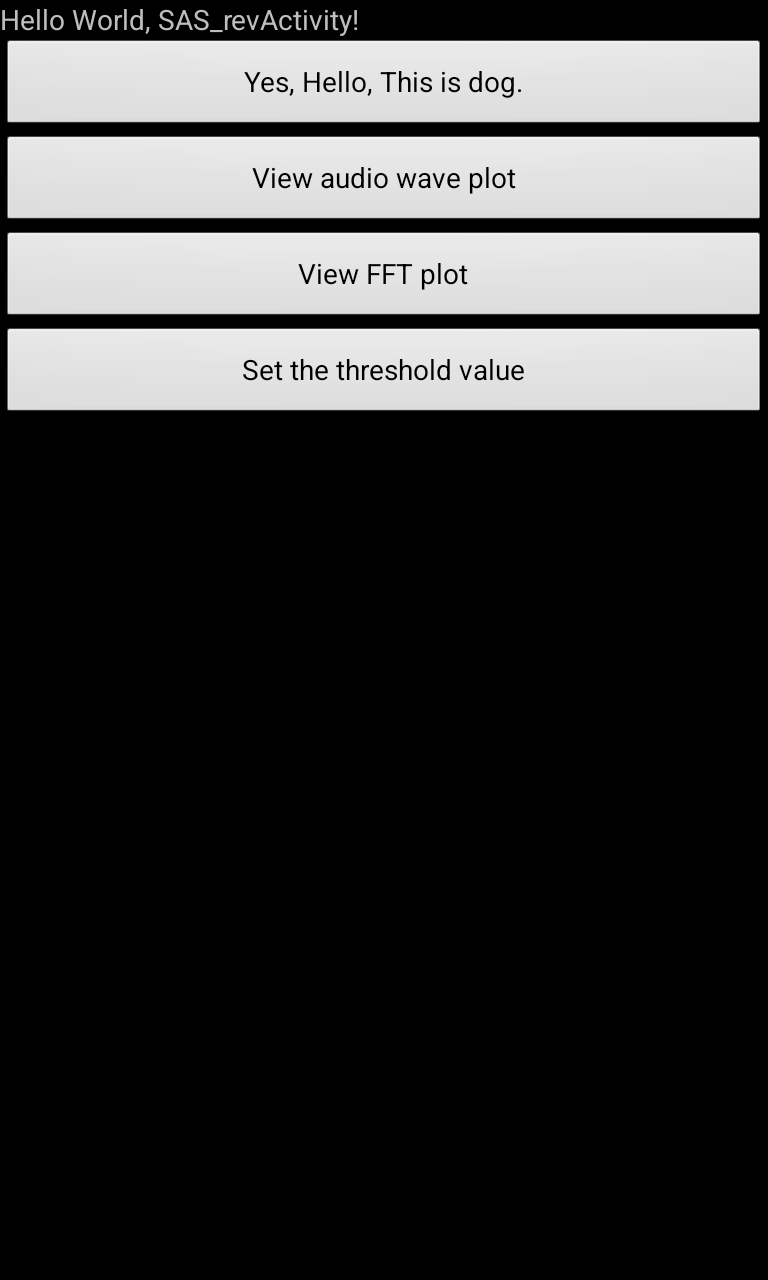
Repository: RaabsIn513/eclipse_workspace
Layout: SAS_rev/res/layout/main.xml
An editor plug-in stored every save of this project. The layout is shown before and after the next save, followed by the edit.
It is drawn on a 768 x 1280 px phone screen (xhdpi) without system bars, with theme android:Theme; the app's code is not run.

Above is the layout before, as saved 2012-02-08 17:52:27.

### SAS_rev/res/layout/main.xml
<?xml version="1.0" encoding="utf-8"?>
<LinearLayout xmlns:android="http://schemas.android.com/apk/res/android"
    android:layout_width="fill_parent"
    android:layout_height="fill_parent"
    android:orientation="vertical" >

    <TextView
        android:layout_width="fill_parent"
        android:layout_height="wrap_content"
        android:text="@string/hello" />

    <Button
        android:id="@+id/dog"
        android:layout_width="fill_parent"
        android:layout_height="wrap_content"
        android:text="Yes, Hello, This is dog." />

    <Button
        android:id="@+id/wave_plot"
        android:layout_width="fill_parent"
        android:layout_height="wrap_content"
        android:text="@string/viewWave_btText" />

    <Button
        android:id="@+id/FFT_plot"
        android:layout_width="fill_parent"
        android:layout_height="wrap_content"
        android:text="@string/viewFFT_btText" />

    <Button
        android:id="@+id/FFT_plot"
        android:layout_width="fill_parent"
        android:layout_height="wrap_content"
        android:text="@string/setThresh_btText" />



</LinearLayout>

### SAS_rev/res/values/strings.xml
<?xml version="1.0" encoding="utf-8"?>
<resources>

    <string name="hello">Hello World, SAS_revActivity!</string>
    <string name="app_name">SAS_rev</string>
    <string name="viewWave_btText">View audio wave plot</string>
    <string name="viewFFT_btText">View FFT plot</string>
    <string name="setThresh_btText">Set the threshold value</string>
    <string name="setSMS_btText">Set the SMS text message contents</string>

</resources>

After the next save:
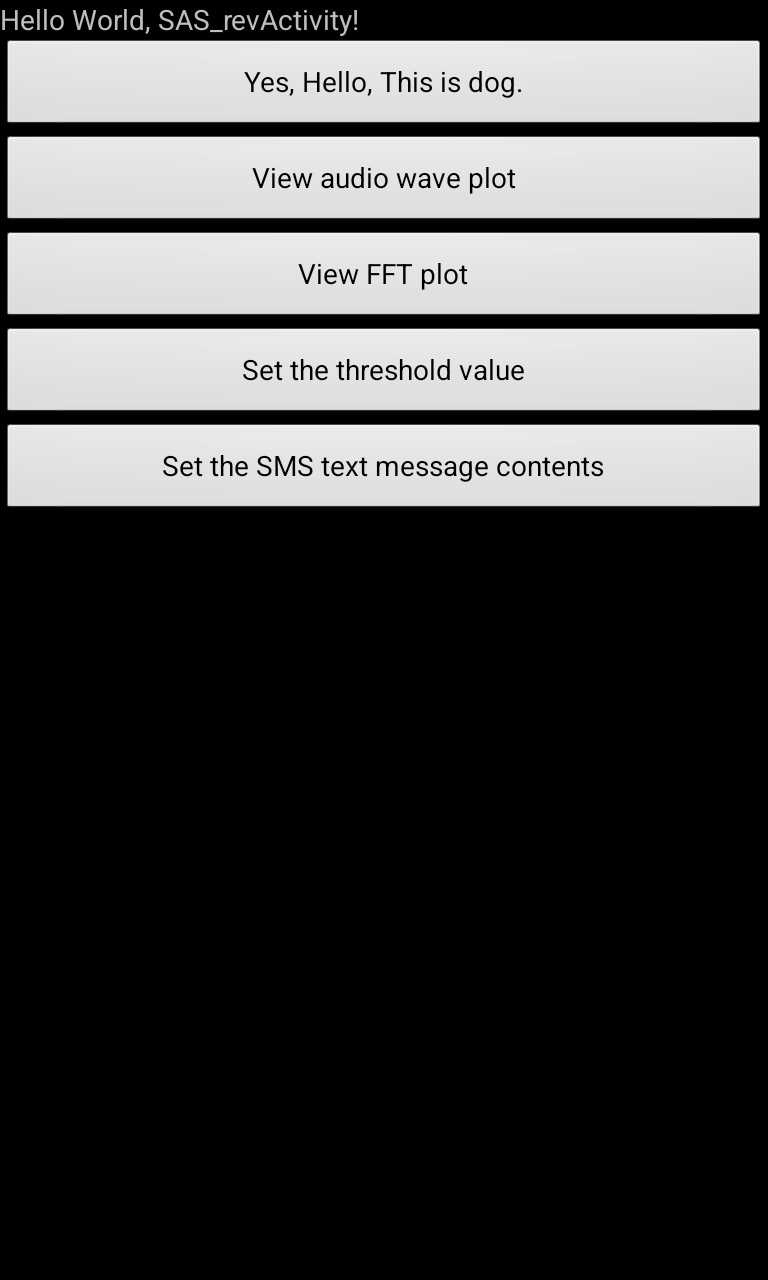
Saved 24 s later.
--- a/SAS_rev/res/layout/main.xml
+++ b/SAS_rev/res/layout/main.xml
@@ -33,6 +33,11 @@
         android:layout_height="wrap_content"
         android:text="@string/setThresh_btText" />
 
+	<Button
+        android:id="@+id/FFT_plot"
+        android:layout_width="fill_parent"
+        android:layout_height="wrap_content"
+        android:text="@string/setSMS_btText" />
 
 
 </LinearLayout>
